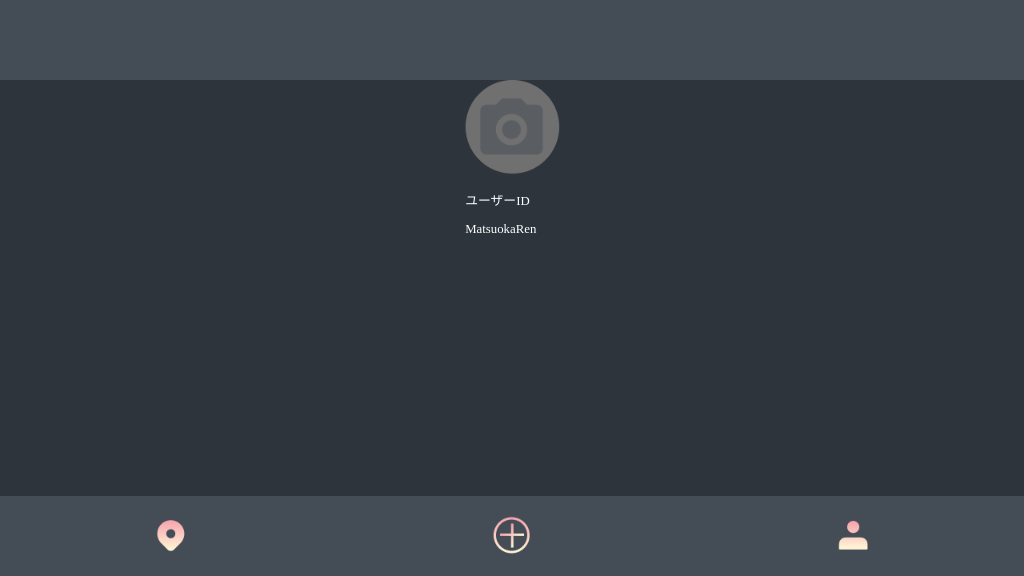
Repository: ren0714poo/respos
Page: edit.html
These files come from the project's save history. The page is drawn as it stood at one moment and after the next save; the edit follows.
The browser window is 1280 px wide. The pictures show the whole page, at 80% of full size.

Above is the page before, as saved 2025-07-17 13:46:21.

### edit.html
<!DOCTYPE html>
<html lang="ja">
<head>
  <meta charset="UTF-8">
  <meta name="viewport" content="width=device-width, initial-scale=1.0">
  <title>respos_edit</title>
  <link rel="stylesheet" href="css/edit.css">
</head>
<body>
  <header>
  </header>

  <main>
    <div class="edit">
      <img src="img/camera_chenge.png" alt="カエラ変更">
      <p>ユーザーID</p>
      <p>MatsuokaRen</p>
    </div>
  </main>

  <footer>
    <button type="button" id="pin" onclick="location.href='top.html'"><img src="img/tabler_map-pin-filled.png" alt="ピン"></button>
    <button type="button"><img src="img/post.png" alt="投稿"></button>
    <button type="button" id="profile" onclick="location.href='profile.html'"><img src="img/icon-park-solid_people.png" alt="プロフィール"></button>
  </footer>

</body>
</html>

### css/edit.css
@media screen and (max-width:480px){


}

html, body {
  color: white;
  background: #2D343C;
  height: 100%;
  margin: 0;
  padding: 0;
  display: grid;
  grid-template-rows: 100px calc(100vh - 200px) 100px;
  grid-template-areas:
  "header"
  "main"
  "footer"
  ;
}



header{
  width: 100%;
  height: 100px;
  background: #444C55;
  display: flex;
  grid-area: header;
}




main{
  width: 100%;
  height: 100%;
  display: flex;
  justify-content: center;
  grid-area: main;
}










footer {
  background: #444C55;
  display: flex;
  justify-content: space-around;
  align-items: center;
}

footer button {
  background: transparent;
  border: none;
}

After the next save:
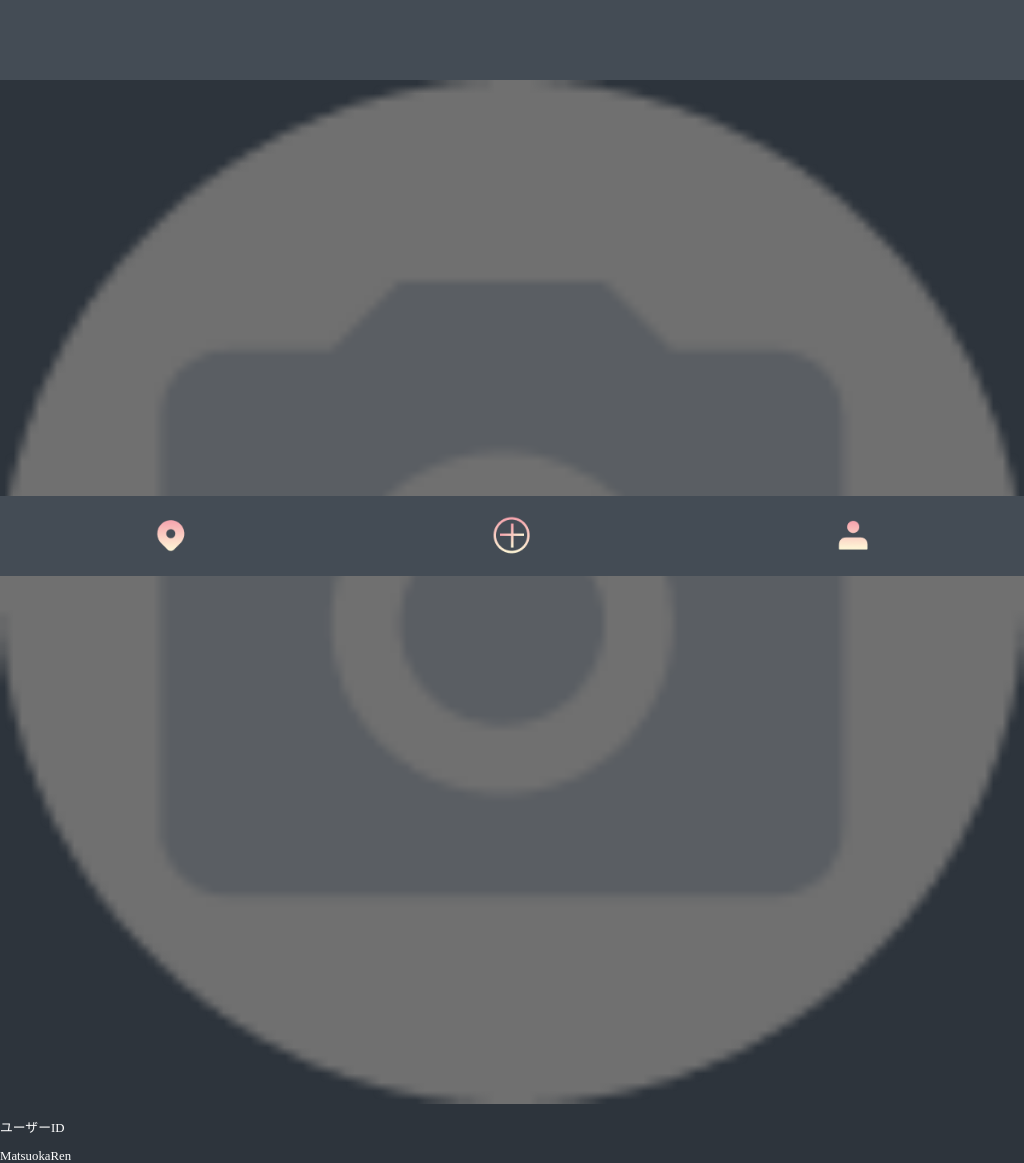
Saved 14 s later.
--- a/css/edit.css
+++ b/css/edit.css
@@ -32,11 +32,14 @@
 
 
 main{
-  width: 100%;
-  height: 100%;
-  display: flex;
-  justify-content: center;
-  grid-area: main;
+  img{
+    width: 100%;
+    height: 100%;
+    display: flex;
+    justify-content: center;
+    grid-area: main;
+
+  }
 }
 
 

After the 2 saves that followed:
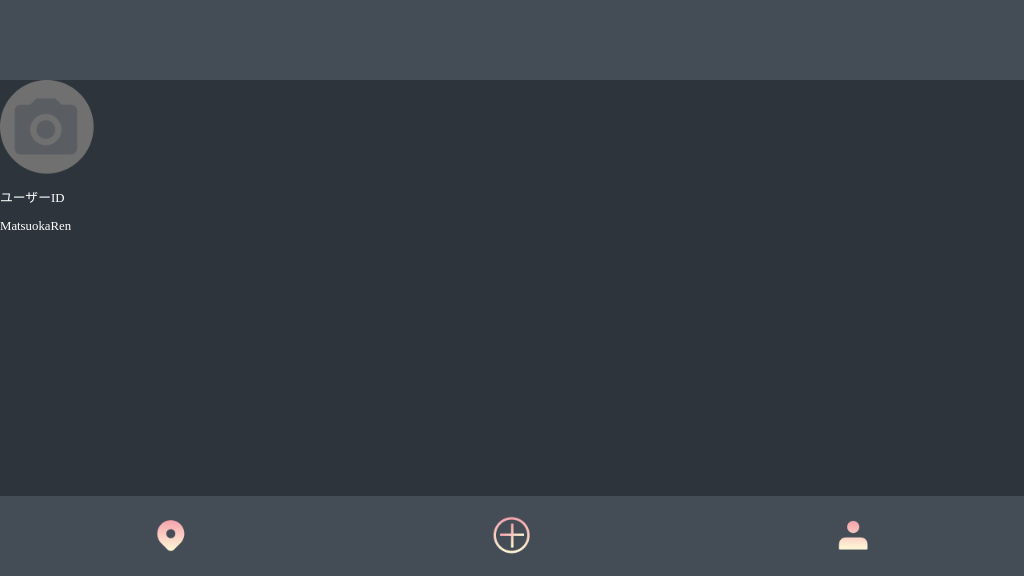
The 2 saves are shown as one change because 1 left the picture as it was.
The last was saved 13 s later.
--- a/css/edit.css
+++ b/css/edit.css
@@ -32,12 +32,12 @@
 
 
 main{
+  width: 100%;
+  height: 100%;
   img{
-    width: 100%;
-    height: 100%;
     display: flex;
     justify-content: center;
-    grid-area: main;
+
 
   }
 }
